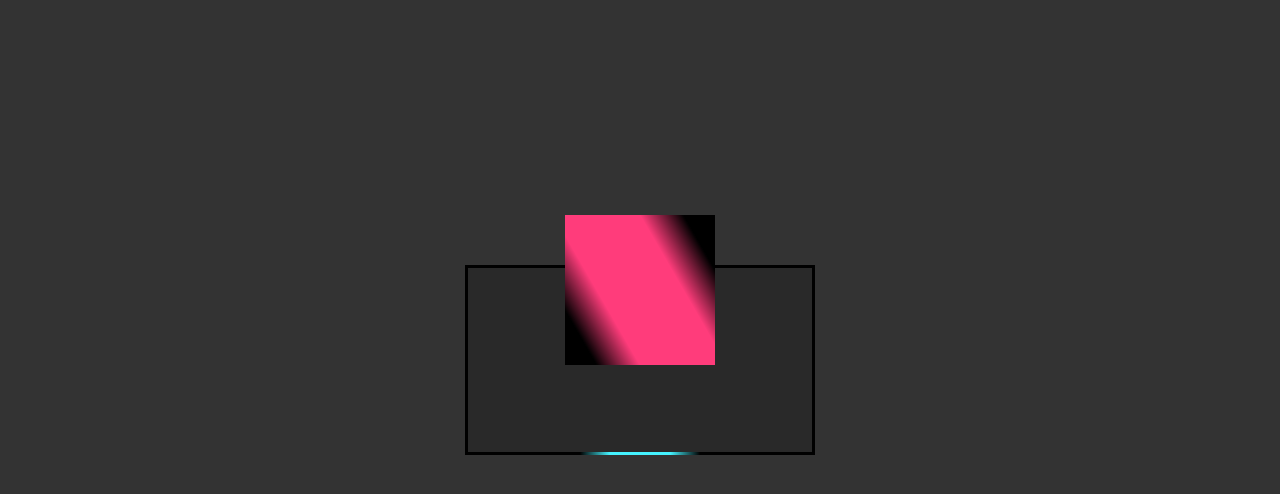
Repository: SeungYn/Javascript-study-toy
Page: profile-card/index.html
The author's editor kept a copy of each file at every save. The page is drawn from the files as they stood at one save, then again after a run of saves.
The browser window is 1280 px wide. The pictures show the whole page.

Above is the page before, as saved 2023-01-12 15:42:28.

### profile-card/index.html
<!DOCTYPE html>
<html lang="en">
  <head>
    <meta charset="UTF-8" />
    <meta http-equiv="X-UA-Compatible" content="IE=edge" />
    <meta name="viewport" content="width=device-width, initial-scale=1.0" />
    <title>Document</title>
    <link rel="stylesheet" href="./style.css" />
  </head>
  <body>
    <div class="card">
      <div class="lines"></div>
      <div class="imgBx"></div>
    </div>
  </body>
</html>

### profile-card/style.css
@import url('https://fonts.googleapis.com/css?family-Popins:100,200,300,400,500,600,700,800,900');

* {
  margin: 0;
  padding: 0;
  box-sizing: border-box;
  font-family: 'Popins', sans-serif;
}

body {
  display: flex;
  justify-content: center;
  align-items: center;
  min-height: 100vh;
  background: #333;
}

.card {
  position: relative;
  width: 350px;
  height: 190px;
  background: #333;
  transition: 0.5s;
}

.card:hover {
  height: 450px;
}

.card .lines {
  position: absolute;
  inset: 0;
  background: #000;
  overflow: hidden;
}

.card .lines::before {
  content: '';
  position: absolute;
  top: 50%;
  left: 50%;
  transform: translate(-50%, -50%);
  width: 600px;
  height: 120px;
  background: linear-gradient(
    transparent,
    #45f3ff,
    #45f3ff,
    #45f3ff,
    transparent
  );
  animation: animate 4s linear infinite;
}

@keyframes animate {
  0% {
    transform: translate(-50%, -50%) rotate(0deg);
  }

  100% {
    transform: translate(-50%, -50%) rotate(360deg);
  }
}

.card .lines::after {
  content: '';
  position: absolute;
  inset: 3px;
  background-color: #292929;
}

.card .imgBx {
  position: absolute;
  left: 50%;
  top: -50px;
  transform: translateX(-50%);
  width: 150px;
  height: 150px;
  background: #000;
  transition: 0.5s;
  z-index: 10;
  overflow: hidden;
}

.card:hover .imgBx {
  width: 250px;
  height: 250px;
}
.card .imgBx::before {
  content: '';
  position: absolute;
  top: 50%;
  left: 50%;
  width: 500px;
  height: 150px;
  transform: translate(-50%, -50%);
  background: linear-gradient(
    transparent,
    #ff3c7b,
    #ff3c7b,
    #ff3c7b,
    transparent
  );
  animation: animate2 6s linear infinite;
}

@keyframes animate2 {
  0% {
    transform: translate(-50%, -50%) rotate(360deg);
  }

  100% {
    transform: translate(-50%, -50%) rotate(0deg);
  }
}

.card .imgBx::after {
  position: absolute;
  inset: 3px;
  background: #292929;
}

After the next 2 saves:
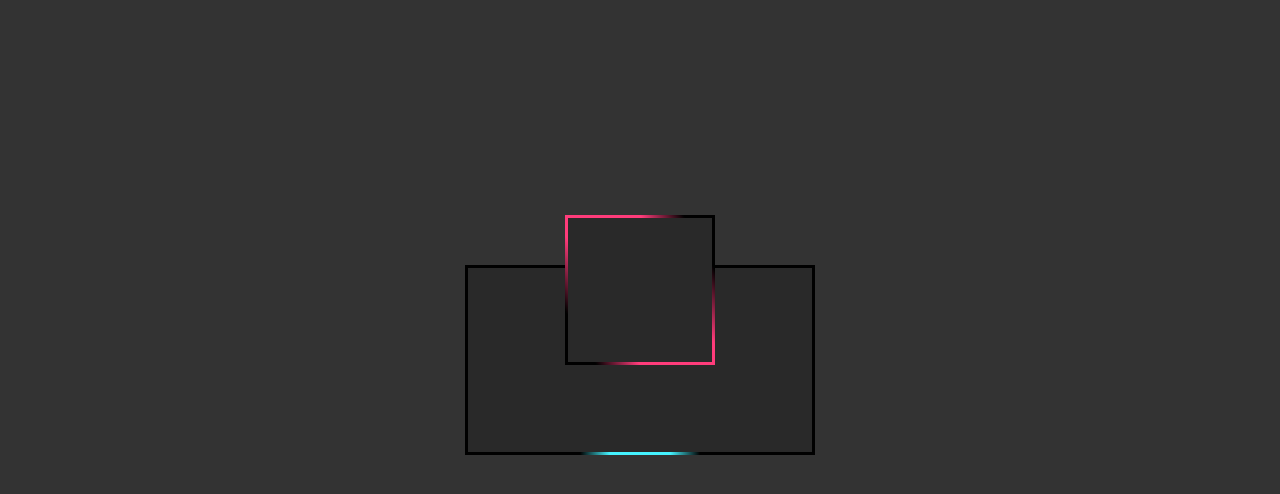
The 2 saves are shown as one change because they came seconds apart.
The last was saved 9 s later.
--- a/profile-card/style.css
+++ b/profile-card/style.css
@@ -115,6 +115,7 @@ body {
 }
 
 .card .imgBx::after {
+  content: '';
   position: absolute;
   inset: 3px;
   background: #292929;
